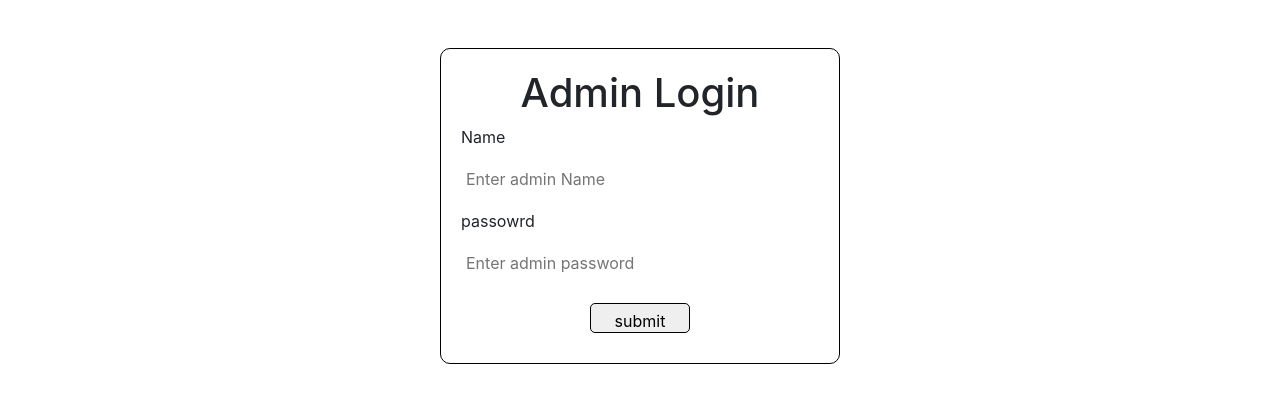
Repository: parthikjadav/parthik-react-practicle-exam
Page: /
The author's editor kept a copy of each file at every save. The page is drawn from the files as they stood at one save, then again after the next save.
The browser window is 1280 px wide. The pictures show the whole page.
The project was rebuilt for these pictures with package versions that can differ from the ones it lists, and the page was loaded fresh each time. Requests to the local data server were answered from the project's data file. Also part of the build but not shown: src/App.css, src/componet/page/Reservationform.jsx, src/componet/page/Reservationlist.jsx, src/componet/header/navdata.js, src/componet/header/Navbar.jsx.

Above is the page before, as saved 2024-05-16 10:44:54.

### public/index.html
<!DOCTYPE html>
<html lang="en">
  <head>
    <meta charset="utf-8" />
    <link rel="icon" href="%PUBLIC_URL%/favicon.ico" />
    <meta name="viewport" content="width=device-width, initial-scale=1" />
    <meta name="theme-color" content="#000000" />
    <meta
      name="description"
      content="Web site created using create-react-app"
    />
    <link rel="apple-touch-icon" href="%PUBLIC_URL%/logo192.png" />
    <link href="https://cdn.jsdelivr.net/npm/bootstrap@5.0.2/dist/css/bootstrap.min.css" rel="stylesheet" integrity="sha384-EVSTQN3/azprG1Anm3QDgpJLIm9Nao0Yz1ztcQTwFspd3yD65VohhpuuCOmLASjC" crossorigin="anonymous">
    <!--
      manifest.json provides metadata used when your web app is installed on a
      user's mobile device or desktop. See https://developers.google.com/web/fundamentals/web-app-manifest/
    -->
    <link rel="manifest" href="%PUBLIC_URL%/manifest.json" />
    <script src="https://cdn.jsdelivr.net/npm/bootstrap@5.0.2/dist/js/bootstrap.bundle.min.js" integrity="sha384-MrcW6ZMFYlzcLA8Nl+NtUVF0sA7MsXsP1UyJoMp4YLEuNSfAP+JcXn/tWtIaxVXM" crossorigin="anonymous"></script>
    <!--
      Notice the use of %PUBLIC_URL% in the tags above.
      It will be replaced with the URL of the `public` folder during the build.
      Only files inside the `public` folder can be referenced from the HTML.

      Unlike "/favicon.ico" or "favicon.ico", "%PUBLIC_URL%/favicon.ico" will
      work correctly both with client-side routing and a non-root public URL.
      Learn how to configure a non-root public URL by running `npm run build`.
    -->
    <title>React App</title>
  </head>
  <body>
    <noscript>You need to enable JavaScript to run this app.</noscript>
    <div id="root"></div>
    <!--
      This HTML file is a template.
      If you open it directly in the browser, you will see an empty page.

      You can add webfonts, meta tags, or analytics to this file.
      The build step will place the bundled scripts into the <body> tag.

      To begin the development, run `npm start` or `yarn start`.
      To create a production bundle, use `npm run build` or `yarn build`.
    -->
  </body>
</html>

### src/index.js
import React from 'react';
import ReactDOM from 'react-dom/client';
import './index.css';
import App from './App';
import { BrowserRouter } from 'react-router-dom';
import { Provider } from 'react-redux';
import store from './componet/redux-saga/store';


const root = ReactDOM.createRoot(document.getElementById('root'));
root.render(
  <BrowserRouter>
    <React.StrictMode>
      <Provider store={store}>
      <App />
      </Provider>
    </React.StrictMode>
  </BrowserRouter>

);

### src/App.js
import { Route, Routes } from 'react-router-dom';
import './App.css';
import Adminlogin from './componet/page/Adminlogin';
import Reservationfrom from './componet/page/Reservationform';
import Reservationlist from './componet/page/Reservationlist';
import Navbar from './componet/header/Navbar';
import { useEffect } from 'react';
import { useDispatch } from 'react-redux';
import { GET_ROOM_PENDING } from './componet/redux-saga/room/action';
import { base_url, get_url } from './url';

const getRole = () => {
  const role = localStorage.getItem("role");
  return role;
};


function App() {

  const role = getRole();
  let dispatch = useDispatch();

  useEffect(() => {
    let url = base_url + get_url;
    dispatch({ type: GET_ROOM_PENDING, payload: url })
  })


  if (!role || role === "") {
    return (
      <Routes>
        <Route path="/" element={<Adminlogin />} />
      </Routes>
    );
  }

  if (role === "admin") {
    return (
      <>
        <Navbar />
        <Routes>
          <Route path="/reservation" element={<Reservationfrom />} />
          <Route path="/ReservationList" element={<Reservationlist />} />
        </Routes>
      </>
    );
  }



}

export default App;

### src/componet/redux-saga/store.js
import { applyMiddleware, createStore } from "redux";
import createSagaMiddleware from "redux-saga";
import { composeWithDevTools } from "@redux-devtools/extension";
import rootReducers from "./rootreducer";
import rootSaga from "./saga";



let sagaMiddleware = createSagaMiddleware();
const store = createStore(
    rootReducers,
    composeWithDevTools(applyMiddleware(sagaMiddleware))
);

sagaMiddleware.run(rootSaga)

export default store

### src/componet/page/Adminlogin.jsx
import React, { useRef } from 'react'
import "./AdminLogin.css"

const Adminlogin = () => {
    let name = useRef();
    let passowrd = useRef();

    const logindata = async () => {
        let data = {
            name: name.current.value,
            password: passowrd.current.value
        }
        console.log(data);
        if ("jignesh" == data.name && "3315" == data.password) {
            localStorage.setItem("role", "admin");
            window.location.href = "/reservation"
            console.log("login successfull");
            alert("login successfull")
        } else {
            alert("Error")
        }
    }
    return (
        <>
            <div class="mx-auto m-5 form" style={{ width: "400px" }}>
                <h1>Admin Login </h1>
                <label>Name  </label>
                <input type="text" placeholder='Enter admin Name' ref={name} />
                <label>passowrd </label>
                <input type="password" placeholder='Enter admin password' ref={passowrd} />
                <button onClick={logindata}>submit</button>
            </div>
        </>

    )
}

export default Adminlogin

### src/componet/redux-saga/room/action.js
//get action
export const GET_ROOM_PENDING = "GET_ROOM_PENDING";
export const GET_ROOM_SUCCESS = "GET_ROOM_SUCCESS";
export const GET_ROOM_ERROR = "GET_ROOM_ERROR";

//post action
export const POST_ROOM_PENDING = "POST_ROOM_PENDING";
export const POST_ROOM_SUCCESS = "POST_ROOM_SUCCESS";
export const POST_ROOM_ERROR = "POST_ROOM_ERROR";

//DELETE action
export const DELETE_ROOM_PENDING = "DELETE_ROOM_PENDING";
export const DELETE_ROOM_SUCCESS = "DELETE_ROOM_SUCCESS";
export const DELETE_ROOM_ERROR = "DELETE_ROOM_ERROR";

//UPDATA action
export const UPDATA_ROOM_PENDING = "UPDATA_ROOM_PENDING";
export const UPDATA_ROOM_SUCCESS = "UPDATA_ROOM_SUCCESS";
export const UPDATA_ROOM_ERROR = "UPDATA_ROOM_ERROR";

### src/url.js
export const base_url = "http://localhost:5000";

export const post_url = "/room";

export const get_url = "/room"

export const delete_url = "/room/"

export const updata_url = "/room/"

### src/componet/redux-saga/rootreducer.js
import { combineReducers } from "redux";
import roomReducer from "./room/reducer";


let rootReducers = combineReducers({
    roomReducer,
});

export default  rootReducers;

### src/componet/redux-saga/saga/index.js
import { all, call, put, takeLatest } from "redux-saga/effects";
import { DELETE_ROOM_ERROR, DELETE_ROOM_PENDING, DELETE_ROOM_SUCCESS, GET_ROOM_ERROR, GET_ROOM_PENDING, GET_ROOM_SUCCESS, POST_ROOM_ERROR, POST_ROOM_PENDING, POST_ROOM_SUCCESS, UPDATA_ROOM_ERROR, UPDATA_ROOM_PENDING, UPDATA_ROOM_SUCCESS } from "../room/action";
import { delete_room, get_room, post_room, updata_room } from "../room/api";

function* handle_post_room(action) {
    // console.log(action, "action from handle post room");
    try {
        let { data, status } = yield call(post_room, action);
        // console.log(data, status, "data and status from handle post room");
        if (status == 201 || status == 200) {
            yield put({ type: POST_ROOM_SUCCESS, data });
        } else {
            yield put({ type: POST_ROOM_ERROR, data });
        }
    }
    catch (error) {
        yield put({ type: POST_ROOM_ERROR, data: error })
    }
}

function* handle_get_room(action) {
    // console.log(action, "action from handle get room");
    try {
        let { data, status } = yield call(get_room, action);
        // console.log(data, status, "data and status from handle get room");
        if (status == 200) {
            yield put({ type: GET_ROOM_SUCCESS, data });
        }
        else {
            yield put({ type: GET_ROOM_ERROR, data });
        }
    }
    catch (error) {
        yield put({ type: GET_ROOM_ERROR, data: error });
    }
}

function* handle_delete_room(action) {
    // console.log(action, "action from handle delete room");
    try {
        let { data, status } = yield call(delete_room, action);
        // console.log(data, status, "data and status from handle delete room");
        if (status == 200) {
            yield put({ type: DELETE_ROOM_SUCCESS, data });
        } else {
            yield put({ type: DELETE_ROOM_ERROR, data });
        }
    }
    catch (error) {
        yield put({ type: DELETE_ROOM_ERROR, daat: error })
    }
}

function* handle_updata_room(action) {
    console.log(action, "action from handle updata room");
    try {
        let { data, status } = yield call(updata_room, action);
        console.log(data, status, "data and status from handle updata room");
        if (status == 200) {
            yield put({ type: UPDATA_ROOM_SUCCESS, data });
        }
        else {
            yield put({ type: UPDATA_ROOM_ERROR, data });
        }
    }
    catch (error) {
        yield put({ type: UPDATA_ROOM_ERROR, data: error })
    }
}

function* handle_post_room_saga() {
    yield takeLatest(POST_ROOM_PENDING, handle_post_room)
}

function* handle_get_room_saga() {
    yield takeLatest(GET_ROOM_PENDING, handle_get_room)
}

function* handle_delete_room_saga() {
    yield takeLatest(DELETE_ROOM_PENDING, handle_delete_room)
}

function* handle_updata_room_saga() {
    yield takeLatest(UPDATA_ROOM_PENDING, handle_updata_room)
}

function* rootSaga() {
    yield all([handle_post_room_saga(), handle_get_room_saga(), handle_delete_room_saga() , handle_updata_room_saga()])
}

export default rootSaga

### src/componet/page/AdminLogin.css
.form{
  width: 200px;
  padding: 20px;
  /* margin: 0px auto; */
  display: flex;
  flex-direction: column;
  justify-content: center;
  align-items: center;
  border: 1px solid black;
  border-radius: 10px
}
.form input{
  width: 100%;
  height: 40px;
  margin: 10px 0px;
  background-color: white;
  border: 0px solid black;
  border-radius: 5px;
  padding: 5px;
}
.form label{
  margin-right: auto;
}
.form button{
  width: 100px;
  height: 30px;
  margin: 10px 0px;
  border: 1px solid black;
  border-radius: 5px;
  padding: 5px;
}

### src/componet/redux-saga/room/reducer.js
import { DELETE_ROOM_ERROR, DELETE_ROOM_PENDING, DELETE_ROOM_SUCCESS, GET_ROOM_ERROR, GET_ROOM_PENDING, GET_ROOM_SUCCESS, POST_ROOM_PENDING, POST_ROOM_SUCCESS, UPDATA_ROOM_ERROR, UPDATA_ROOM_PENDING, UPDATA_ROOM_SUCCESS } from "./action";


let initialState = {
    room: [],
    isLoading: false,
    isError: null,
};

let roomReducer = (state = initialState, action) => {
    console.log(action, "action from reducer");
    switch (action.type) {
        //post user
        case POST_ROOM_PENDING: {
            return {
                isLoading: true,
                ...state,
            }
        }
        case POST_ROOM_SUCCESS: {
            return {
                isLoading: false,
                room: state.room.concat(action.data),
            }
        }
        case POST_ROOM_SUCCESS: {
            return {
                isError: action.data,
                ...state,
            }
        }
        //get user
        case GET_ROOM_PENDING: {
            return {
                isLoading: true,
                ...state,
            }
        }
        case GET_ROOM_SUCCESS: {
            return {
                isLoading: false,
                room: action.data,
            }
        }
        case GET_ROOM_ERROR: {
            return {
                ...state,
                isError: action.data,
            }
        }
        //delete user
        case DELETE_ROOM_PENDING: {
            return {
                isLoading: true,
                ...state,
            }
        }
        case DELETE_ROOM_SUCCESS: {
            return {
                isLoading: false,
                room: state.room.filter((item) => item.id != action.data.id)
            }
        }
        case DELETE_ROOM_ERROR: {
            return {
                isLoading: false,
                isError: action.data,
            }
        }
        //update user
        case UPDATA_ROOM_PENDING: {
            return {
                isLoading: true,
                ...state,
            }
        }
        case UPDATA_ROOM_SUCCESS: {
            return {
                isLoading: false,
                room: state.room.map((value, index) => {
                    if (value.id == action.data.id) {
                        return {
                            ...value,
                            ...action.data,
                        }
                    } else {
                        return value;
                    }
                })
            }
        }
        case UPDATA_ROOM_ERROR: {
            return {
                isError: action.data,
                ...state,
            }
        }
        default: {
            return {
                ...state,
            }
        }
    }
}

export default roomReducer

### src/componet/redux-saga/room/api.js
import axios from "axios";
import { base_url, delete_url, get_url, post_url, updata_url } from "../../../url";


let post_room = (action) => {
    // console.log(action ,"this action from post room");
    return axios.post(base_url + post_url, action.payload).then((res) => {
        // console.log(res,"res is post room");
        let data = res.data;
        let status = res.status;
        return { data, status }
    })
}

let get_room = (action) => {
    // console.log(action, "this action from get rom");
    return axios.get(base_url + get_url).then((res) => {
        // console.log(res, "res is get rom");
        let data = res.data;
        let status = res.status;
        return { data, status }
    })
}

let delete_room = (action) => {
    // console.log(action, "this action from delete room");
    return axios.delete(base_url + delete_url + action.payload).then((res) => {
        // console.log(res, "res is delete room");
        let data = res.data;
        let status = res.status;
        return { data, status };
    })
}

let updata_room = (action) => {
    console.log(action, "this action from updata room");
    return axios.put(base_url + updata_url + action.payload.id, action.payload).then((res) => {
        console.log(res, "res is updata room");
        let data = res.data;
        let status = res.status;
        return { data, status }
    })
}

export { post_room, get_room, delete_room, updata_room }

### db.json
{
  "room": [
    {
      "id": "8675",
      "name": "jignesh",
      "mobile": "1235467892",
      "address": "kamrej surat",
      "arrival": "2024-05-10",
      "checkout": "2024-05-14",
      "roomlist": "platinum",
      "roomtype": "double bedroom",
      "lunchtime": "breakfast and lunch"
    },
    {
      "id": "50ac",
      "name": "test",
      "mobile": "9876543214",
      "address": "surat",
      "arrival": "2024-05-02",
      "checkout": "2024-05-12",
      "roomlist": "prime",
      "roomtype": "double bedroom",
      "lunchtime": "breakfast and lunch"
    },
    {
      "id": "c1a8",
      "name": "abcd",
      "mobile": "7539684216",
      "address": "surat",
      "arrival": "2024-05-05",
      "checkout": "2024-05-07",
      "roomlist": "platinum",
      "roomtype": "single bedroom",
      "lunchtime": "breakfast"
    }
  ]
}

Loaded but not shown: src/index.css (common file)

After the next save:
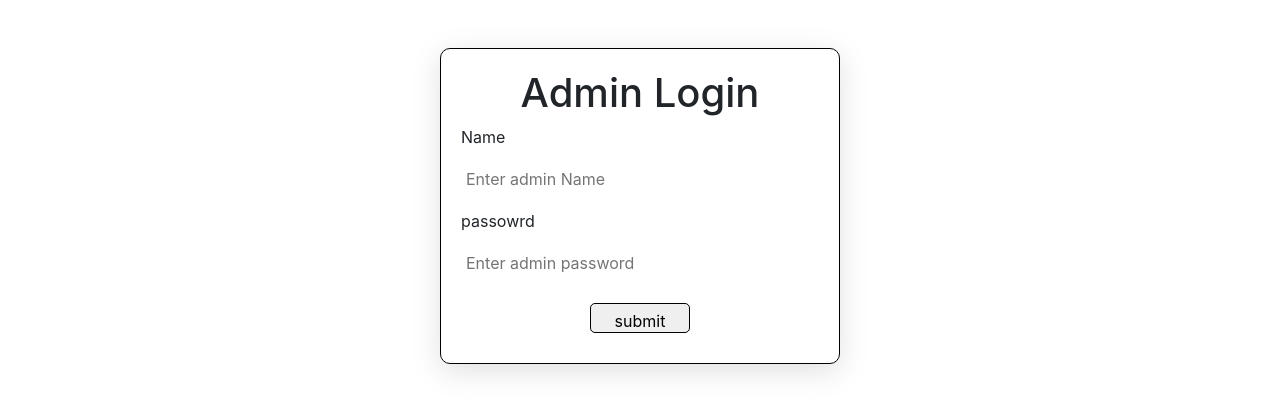
Saved 26 s later.
--- a/src/componet/page/AdminLogin.css
+++ b/src/componet/page/AdminLogin.css
@@ -7,7 +7,8 @@
   justify-content: center;
   align-items: center;
   border: 1px solid black;
-  border-radius: 10px
+  border-radius: 10px;
+  box-shadow: rgba(100, 100, 111, 0.2) 0px 7px 29px 0px;
 }
 .form input{
   width: 100%;
